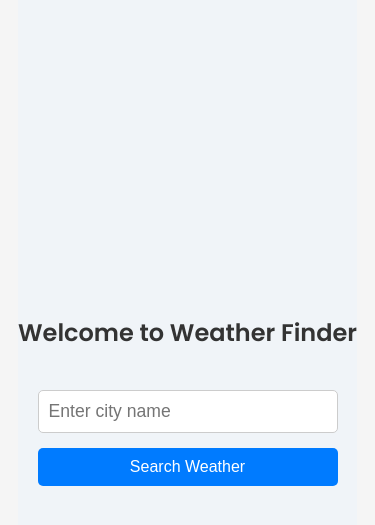
Repository: Rayyy-dev/My-weather-App
Page: /
An editor plug-in stored every save of this project. The page is shown before and after the next save, followed by the edit.
The browser window is 375 px wide. The pictures show the whole page.
The project was rebuilt for these pictures with package versions that can differ from the ones it lists, and the page was loaded fresh each time. Also part of the build but not shown: src/components/WeatherPage.js.

Above is the page before, as saved 2024-10-16 02:05:13.

After the next save:
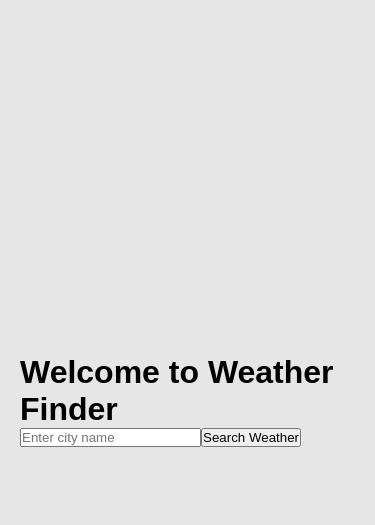
Saved 19 s later.
--- a/src/App.css
+++ b/src/App.css
@@ -7,159 +7,88 @@
 
 /* Set body font and background */
 body {
-  font-family: 'Poppins', sans-serif;
-  background-color: #f5f5f5;
+  font-family: 'Arial', sans-serif;
+  background-color: #e6e6e6;
   display: flex;
   justify-content: center;
   align-items: center;
   min-height: 100vh;
+  padding: 20px;
 }
 
-.App {
+.weather-page-container {
   background: #fff;
   padding: 40px;
   border-radius: 10px;
   box-shadow: 0 4px 12px rgba(0, 0, 0, 0.1);
   text-align: center;
   width: 100%;
-  max-width: 400px;
+  max-width: 500px;
 }
 
-/* Heading */
-h1 {
-  font-size: 2rem;
-  color: #333;
+/* Search Form */
+.search-form {
+  display: flex;
+  justify-content: center;
   margin-bottom: 20px;
 }
 
-/* Input and Button Styling */
-input {
-  padding: 12px;
-  width: 100%;
-  max-width: 300px;
-  margin-bottom: 15px;
+.search-form input {
+  padding: 10px;
+  width: 70%;
+  border-radius: 5px;
   border: 1px solid #ccc;
-  border-radius: 5px;
   font-size: 1rem;
+  margin-right: 10px;
 }
 
-button {
-  background-color: #4CAF50;
+.search-form button {
+  background-color: #007bff;
   color: white;
-  padding: 12px 20px;
+  padding: 10px 20px;
   border: none;
   border-radius: 5px;
   font-size: 1rem;
   cursor: pointer;
-  width: 100%;
-  max-width: 300px;
-  transition: background-color 0.3s ease;
 }
 
-button:hover {
-  background-color: #45a049;
+.search-form button:hover {
+  background-color: #0056b3;
 }
 
-/* Weather Data */
-h3 {
-  margin-top: 20px;
-  font-size: 1.5rem;
-  color: #333;
-}
-
-p {
-  font-size: 1.2rem;
-  margin: 10px 0;
-  color: #666;
-}
-
-.error {
-  color: red;
-  font-size: 1.1rem;
-  margin-top: 20px;
-}
-
-/* Media Queries for smaller screens */
-@media (max-width: 480px) {
-  .App {
-    padding: 20px;
-  }
-
-  h1 {
-    font-size: 1.5rem;
-  }
-
-  h3 {
-    font-size: 1.2rem;
-  }
-
-  p {
-    font-size: 1rem;
-  }
-}
-
-/* home js styling */
-
-.home-container {
-  display: flex;
-  flex-direction: column;
-  align-items: center;
-  justify-content: center;
-  height: 100vh;
-  background-color: #f0f4f8;
-}
-
-form {
-  display: flex;
-  flex-direction: column;
-  align-items: center;
-  margin-top: 20px;
-}
-
-input {
-  padding: 10px;
-  width: 300px;
-  margin-bottom: 15px;
-  font-size: 1.1rem;
-  border-radius: 5px;
-  border: 1px solid #ccc;
-}
-
-button {
+/* Current Location Button */
+.location-button {
+  margin-bottom: 20px;
+  background-color: #28a745;
+  color: white;
   padding: 10px 20px;
-  background-color: #007bff;
-  color: white;
-  font-size: 1rem;
   border: none;
   border-radius: 5px;
+  font-size: 1rem;
   cursor: pointer;
 }
 
-button:hover {
-  background-color: #0056b3;
+.location-button:hover {
+  background-color: #218838;
 }
 
-.weather-page-container {
-  padding: 20px;
-  text-align: center;
-}
-
+/* Current Weather Display */
 .current-weather {
-  background: white;
+  background: #f8f9fa;
   padding: 20px;
   border-radius: 8px;
   box-shadow: 0px 4px 10px rgba(0, 0, 0, 0.1);
   margin-bottom: 20px;
 }
 
+/* Forecast Container */
 .forecast-container {
-  margin-top: 30px;
+  margin-top: 20px;
 }
 
 .forecast {
   display: flex;
   justify-content: space-around;
-  margin-top: 20px;
 }
 
 .forecast-day {
@@ -168,5 +97,16 @@ button:hover {
   border-radius: 8px;
   text-align: center;
   box-shadow: 0px 4px 8px rgba(0, 0, 0, 0.1);
-  width: 120px;
+  width: 100px;
 }
+
+.forecast-day p {
+  margin-bottom: 5px;
+}
+
+/* Error Message */
+.error {
+  color: red;
+  font-size: 1.1rem;
+  margin-top: 20px;
+}
